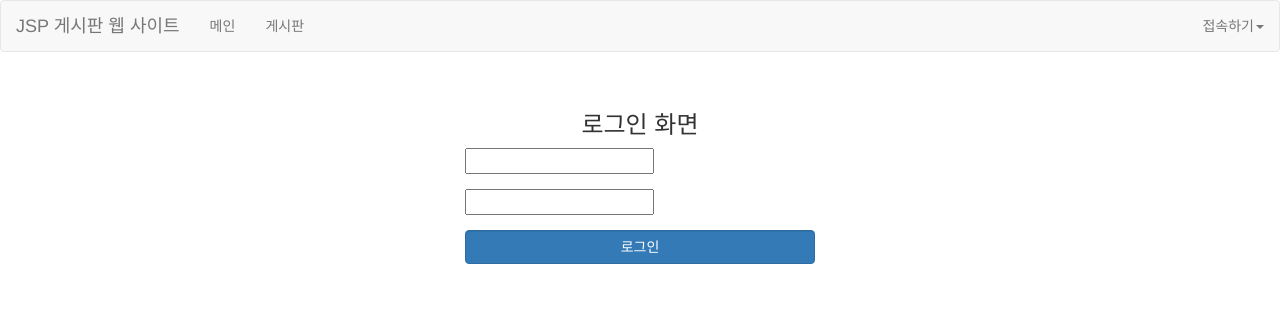
Repository: chyun94/JSP-
Page: http://localhost/BBS/join.jsp
The author's editor kept a copy of each file at every save. The page is drawn from the files as they stood at one save, then again after the next save.
The browser window is 1280 px wide. The pictures show the whole page.
Some web libraries are served in a nearby version. The page is served by Tomcat 9.

Above is the page before, as saved 2021-05-07 11:21:36.

After the next save:
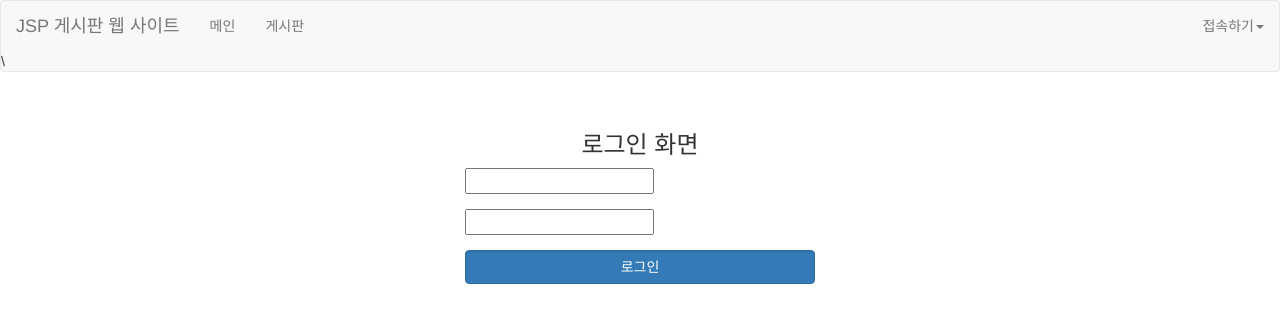
Saved 115 s later.
--- a/BBS/WebContent/join.jsp
+++ b/BBS/WebContent/join.jsp
@@ -29,18 +29,21 @@
 				<li><a href="main.jsp">메인</a></li>
 				<li><a href="bbs.jsp">게시판</a></li>
 			</ul>
+
 			<ul class="nav navbar-nav navbar-right">
 				<li class="dropdown">
 					<a href="#" class="dropdown-toggle" data-toggle="fropdown"
 					role="button" aria-haspopup="true"
 					aria-expanded="false">접속하기<span class="caret"></span></a>
+
 			<ul class="dropdown-menu">
 				<li class="active"><a href="login.jsp">로그인</a></li>
 				<li><a href="join.jsp">회원가입</a></li>
 			</ul>
-
+			</li>
+			</ul>
 		</div>
-
+\
 	</nav>
 	<div class="container">
 		<div class="col-lg-4"></div>

After the save that followed:
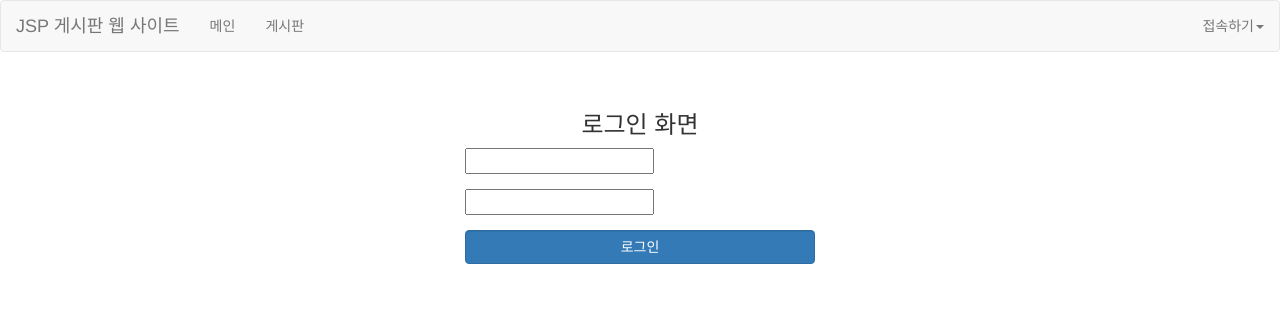
Saved 3 s later.
--- a/BBS/WebContent/join.jsp
+++ b/BBS/WebContent/join.jsp
@@ -43,7 +43,6 @@
 			</li>
 			</ul>
 		</div>
-\
 	</nav>
 	<div class="container">
 		<div class="col-lg-4"></div>
